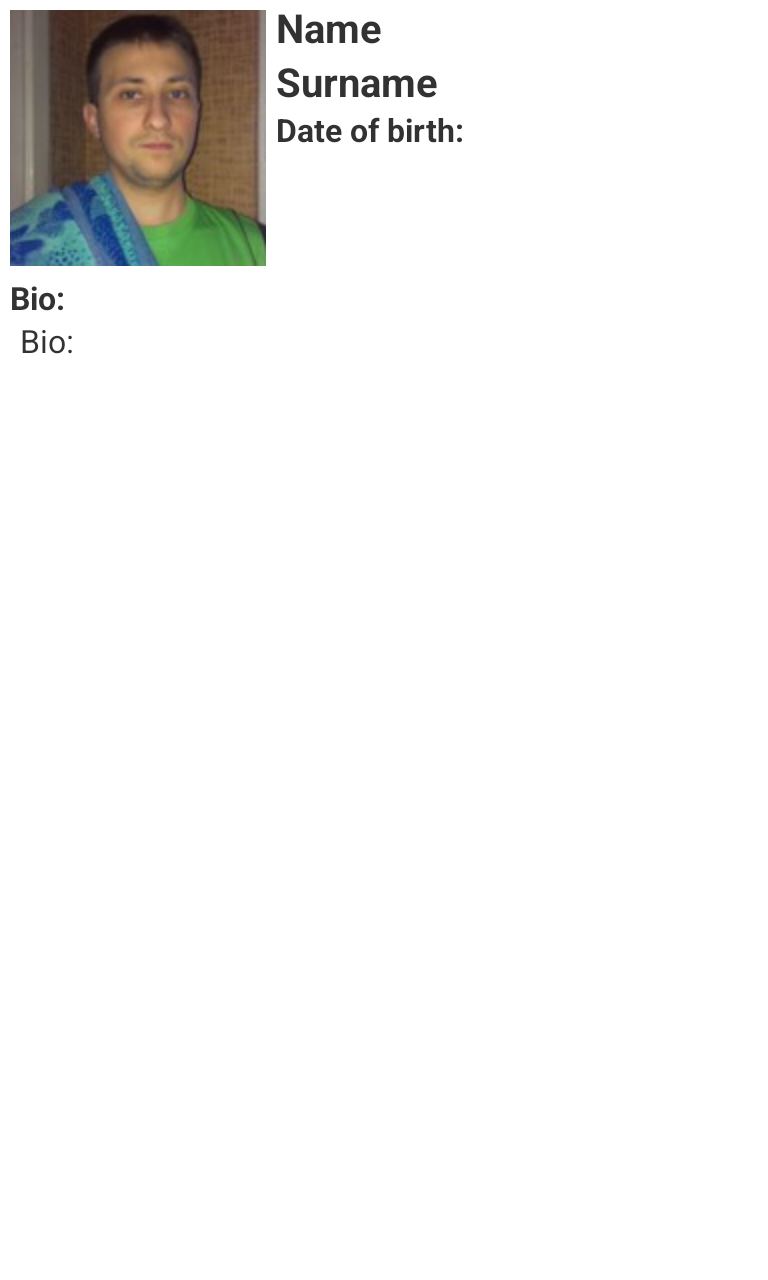
Repository: VanchT/42-test-ivtolkachev
Layout: FacebookFriends/res/layout/activity_main.xml
An editor plug-in stored every save of this project. The layout is shown before and after the next save, followed by the edit.
It is drawn on a 768 x 1280 px phone screen (xhdpi) without system bars, with theme AppTheme; the app's code is not run.

Above is the layout before, as saved 2013-01-09 08:59:04.

### FacebookFriends/res/layout/activity_main.xml
<RelativeLayout xmlns:tools="http://schemas.android.com/tools"
    android:layout_width="match_parent"
    android:layout_height="match_parent"
    tools:context=".MainActivity" xmlns:android="http://schemas.android.com/apk/res/android">

    <ImageView
        android:id="@+id/image_me"
        android:layout_width="wrap_content"
        android:layout_height="wrap_content"
        android:layout_alignParentLeft="true"
        android:layout_alignParentTop="true"
        android:contentDescription="@string/me_image_description"
        android:src="@drawable/me"
        android:layout_margin="5dp"/>

    <TextView
        android:id="@+id/name_me"
        android:layout_width="wrap_content"
        android:layout_height="wrap_content"
        android:layout_toRightOf="@id/image_me"
        android:textStyle="bold"
        android:textSize="20sp"
        android:text="@string/me_name"
        />

    <TextView
        android:id="@+id/surname_me"
        android:layout_width="wrap_content"
        android:layout_height="wrap_content"
        android:layout_toRightOf="@id/image_me"
        android:layout_below="@id/name_me"
        android:textStyle="bold"
        android:textSize="20sp"
        android:text="@string/me_surname"
        />

    <TextView
        android:id="@+id/birthday_me_lable"
        android:layout_width="wrap_content"
        android:layout_height="wrap_content"
        android:layout_toRightOf="@id/image_me"
        android:layout_below="@id/surname_me"
        android:textStyle="bold"
        android:textSize="16sp"
        android:text="@string/me_birth"
        />

    <TextView
        android:id="@+id/birthday_me"
        android:layout_width="wrap_content"
        android:layout_height="wrap_content"
        android:layout_toRightOf="@id/image_me"
        android:layout_below="@id/birthday_me_lable"
        android:layout_marginLeft="10dp"
        android:textSize="16sp"
        />

 <TextView
        android:id="@+id/bio_me_lable"
        android:layout_width="wrap_content"
        android:layout_height="wrap_content"
        android:layout_below="@id/image_me"
        android:layout_alignLeft="@id/image_me"
        android:textStyle="bold"
        android:textSize="16sp"
        android:text="@string/me_bio"
        />

 <TextView
        android:id="@+id/bio_me"
        android:layout_width="match_parent"
        android:layout_height="wrap_content"
        android:layout_below="@id/bio_me_lable"
        android:layout_alignParentLeft="true"
        android:layout_marginLeft="10dp"
        android:textSize="16sp"
        android:text="@string/me_bio"
        />

 <TextView
        android:id="@+id/contacts_me_lable"
        android:layout_width="wrap_content"
        android:layout_height="wrap_content"
        android:layout_below="@id/bio_me"
        android:layout_alignLeft="@id/image_me"
        android:textStyle="bold"
        android:textSize="16sp"
        />

 <TextView
        android:id="@+id/contacts_me"
        android:layout_width="match_parent"
        android:layout_height="wrap_content"
        android:layout_below="@id/contacts_me_lable"
        android:layout_alignParentLeft="true"
        android:layout_marginLeft="10dp"
        android:textSize="16sp"
        />

</RelativeLayout>

### FacebookFriends/res/values/strings.xml
<?xml version="1.0" encoding="utf-8"?>
<resources>

    <string name="app_name">FacebookFriends</string>
    <string name="menu_settings">Settings</string>
    <string name="me_name">Name</string>
    <string name="me_surname">Surname</string>
    <string name="me_birth">Date of birth:</string>
    <string name="me_bio">Bio:</string>
    <string name="me_contacts">Contacts:</string>
    <string name="me_image_description">Me</string>

</resources>

Loaded but not shown: FacebookFriends/res/values/styles.xml (common file); FacebookFriends/res/values-v11/styles.xml (common file); FacebookFriends/res/values-v14/styles.xml (common file)

After the next save:
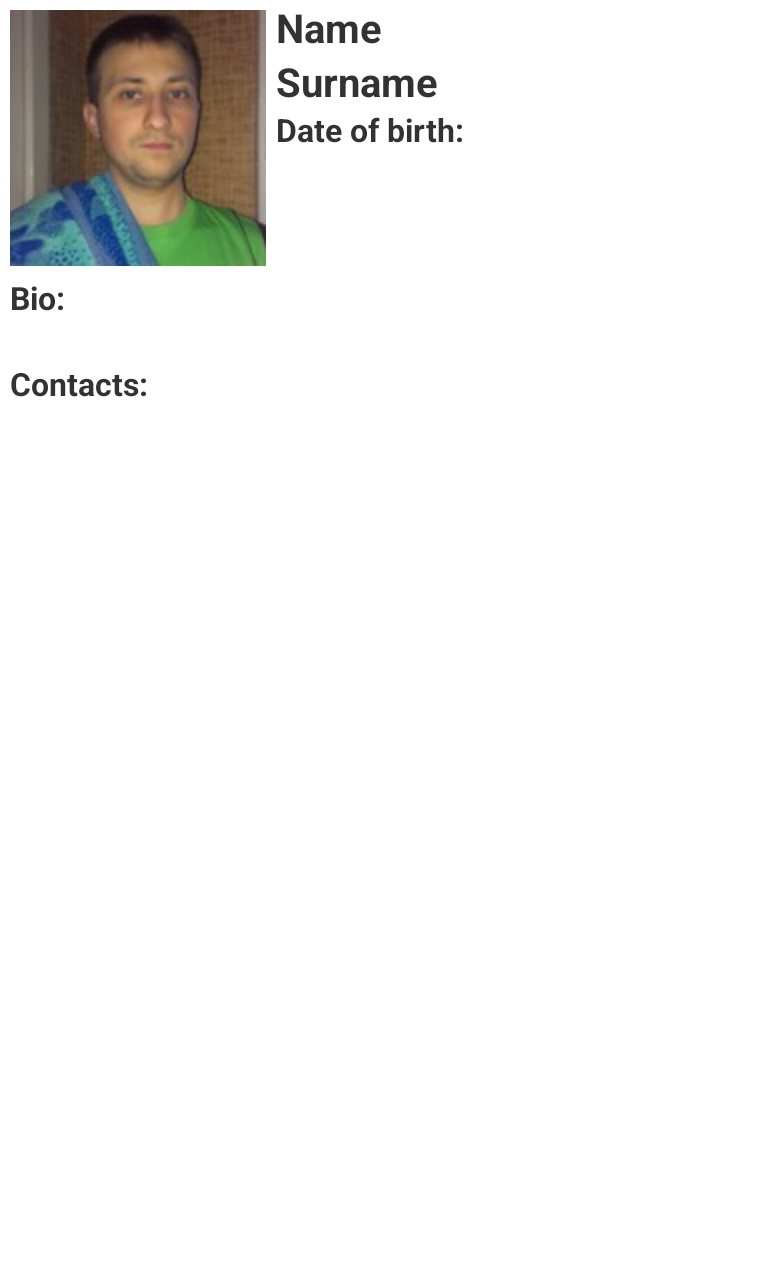
Saved 22 s later.
--- a/FacebookFriends/res/layout/activity_main.xml
+++ b/FacebookFriends/res/layout/activity_main.xml
@@ -74,7 +74,6 @@
         android:layout_alignParentLeft="true"
         android:layout_marginLeft="10dp"
         android:textSize="16sp"
-        android:text="@string/me_bio"
         />
 
  <TextView
@@ -85,6 +84,7 @@
         android:layout_alignLeft="@id/image_me"
         android:textStyle="bold"
         android:textSize="16sp"
+        android:text="@string/me_contacts"
         />
 
  <TextView
